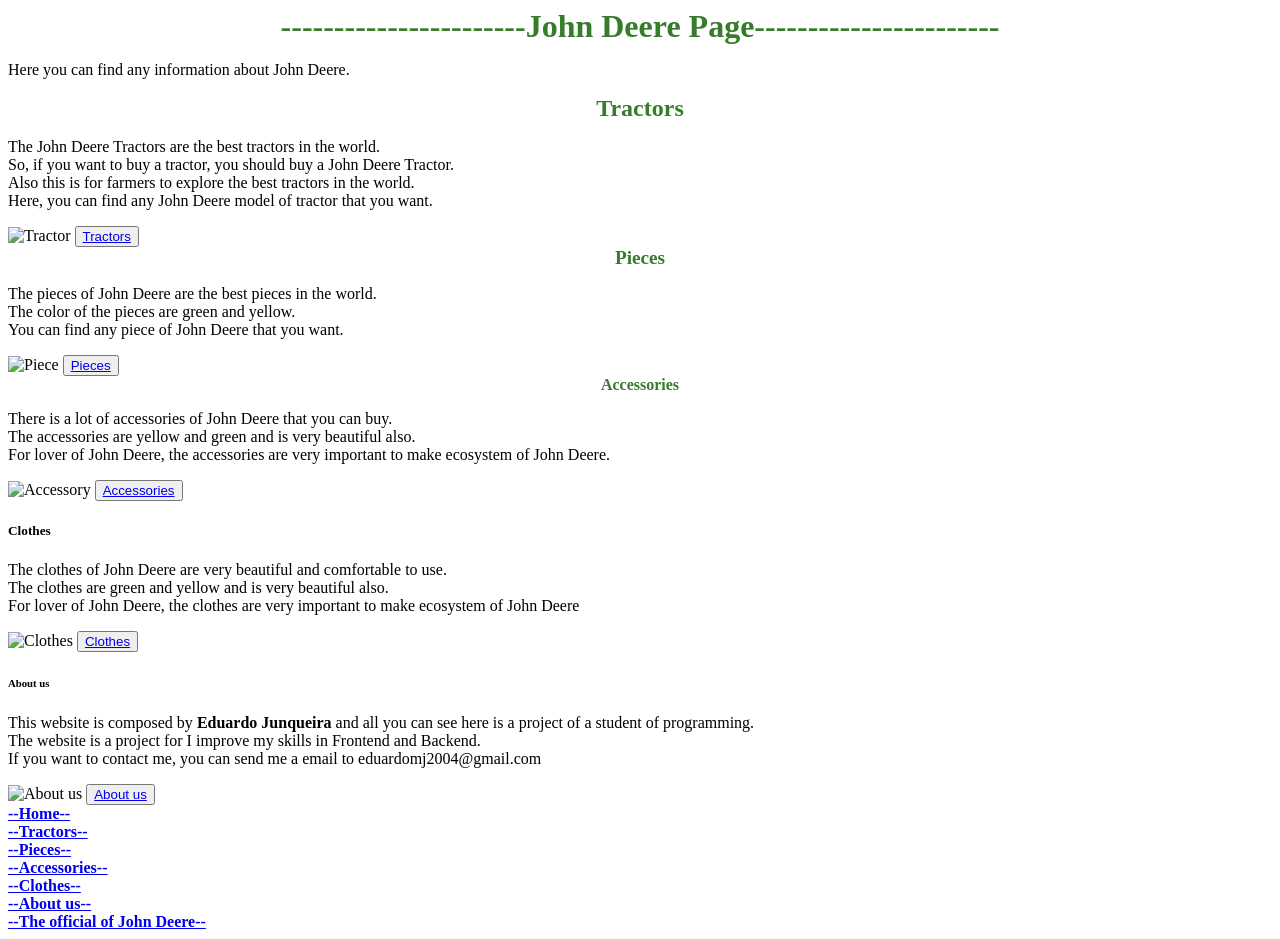
Repository: EduardoJunqueira2004/WEBJohnDeere
Page: HTML/index.html
The author's editor kept a copy of each file at every save. The page is drawn from the files as they stood at one save, then again after a run of saves.
The browser window is 1280 px wide. The pictures show the whole page.

Above is the page before, as saved 2024-12-07 15:47:43.

After the next 6 saves:
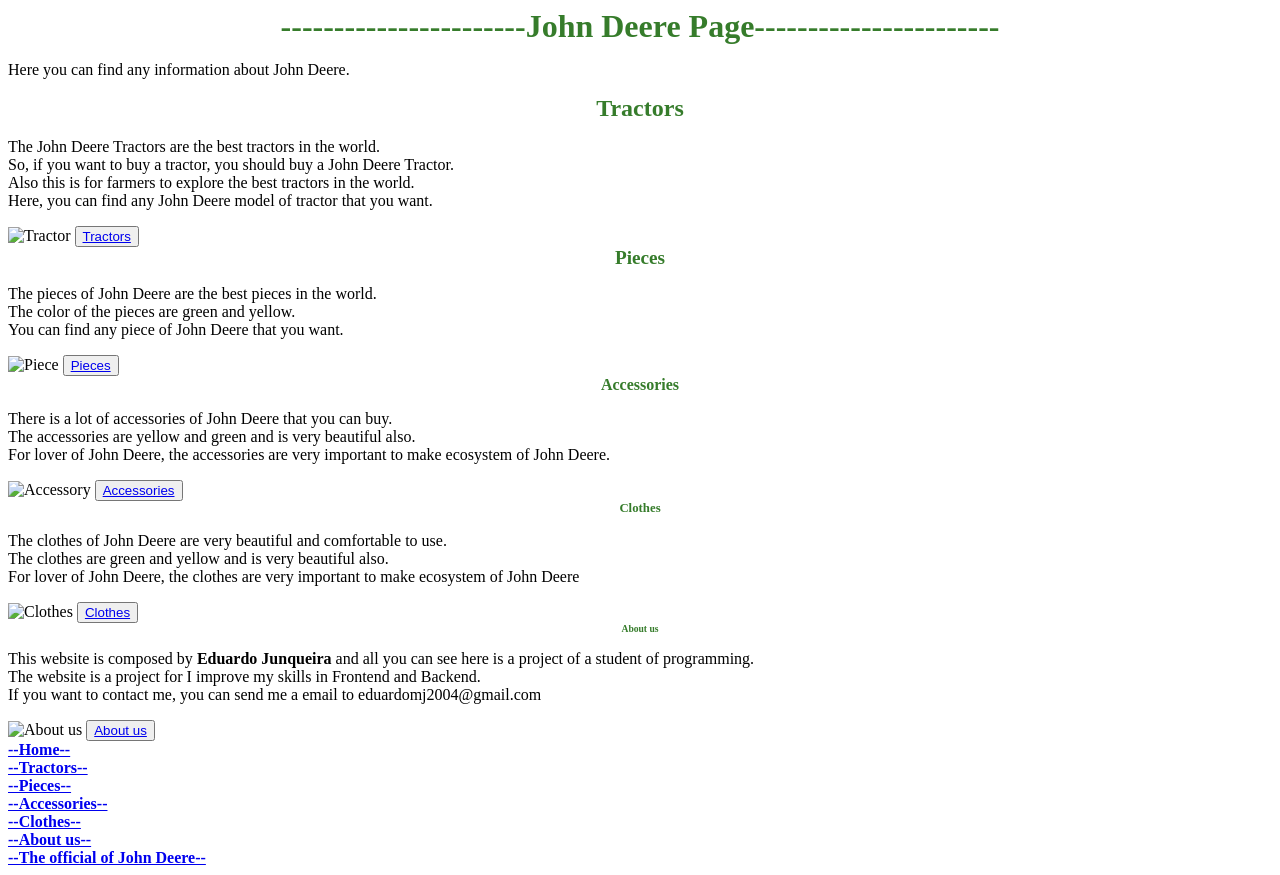
The 6 saves are shown as one change because they came seconds apart.
The last was saved 18 s later.
--- a/CSS/index.css
+++ b/CSS/index.css
@@ -37,3 +37,22 @@
     margin-top: 0;
     margin-bottom: 0;
 }
+/*header5*/
+h5{
+    color: #367C2B;
+    font-size: 0.8em;
+    font-weight: bold;
+    text-align: center;
+    margin-top: 0;
+    margin-bottom: 0;
+}
+/*header6*/
+h6{
+    color: #367C2B;
+    font-size: 0.6em;
+    font-weight: bold;
+    text-align: center;
+    margin-top: 0;
+    margin-bottom: 0;
+}
+/*paragraph*/
